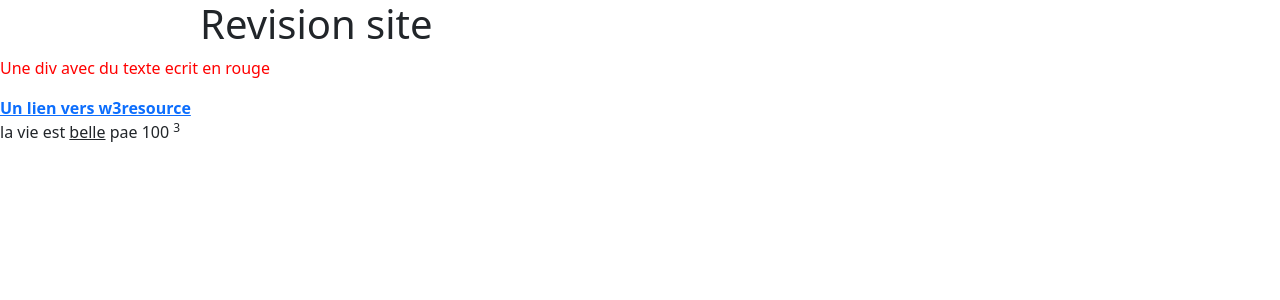
Repository: Elie-Dey/boot-start
Page: index.html
The author's editor kept a copy of each file at every save. The page is drawn from the files as they stood at one save, then again after the next save.
The browser window is 1280 px wide. The pictures show the whole page.

Above is the page before, as saved 2021-08-18 23:23:05.

### index.html
<!DOCTYPE html>
<html lang="en">
  <head>
    <meta charset="UTF-8" />
    <meta http-equiv="X-UA-Compatible" content="IE=edge" />
    <meta name="viewport" content="width=device-width, initial-scale=1.0" />
    <link rel="stylesheet" href="style.css" />
    <link
      href="https://cdn.jsdelivr.net/npm/bootstrap@5.1.0/dist/css/bootstrap.min.css"
      rel="stylesheet"
      integrity="sha384-KyZXEAg3QhqLMpG8r+8fhAXLRk2vvoC2f3B09zVXn8CA5QIVfZOJ3BCsw2P0p/We"
      crossorigin="anonymous"
    />
    <title>Revision html</title>
  </head>
  <body>
    <header><h1>Revision site</h1></header>
    <div><p style="color: red">Une div avec du texte ecrit en rouge</p></div>

    <a href="https://www.w3resource.com/html5/article-tutorial.php">
      Un lien vers w3resource</a
    >

    <p>la vie est <ins>belle</ins> pae 100 <sup>3</sup></p>
    <script
      src="https://cdn.jsdelivr.net/npm/bootstrap@5.1.0/dist/js/bootstrap.bundle.min.js"
      integrity="sha384-U1DAWAznBHeqEIlVSCgzq+c9gqGAJn5c/t99JyeKa9xxaYpSvHU5awsuZVVFIhvj"
      crossorigin="anonymous"
    ></script>
  </body>
</html>

### style.css
body{
    background-color:  coral;
}
a{
    font-weight: bold;
}
h1{
    padding: auto;
  margin-left: 200px;
}

After the next save:
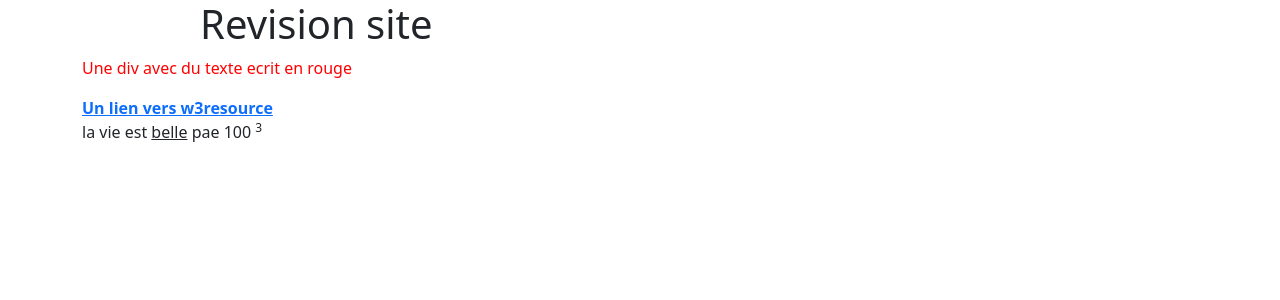
Saved 56 s later.
--- a/index.html
+++ b/index.html
@@ -15,13 +15,16 @@
   </head>
   <body>
     <header><h1>Revision site</h1></header>
-    <div><p style="color: red">Une div avec du texte ecrit en rouge</p></div>
+    <div class="container">
+      <div><p style="color: red">Une div avec du texte ecrit en rouge</p></div>
 
-    <a href="https://www.w3resource.com/html5/article-tutorial.php">
-      Un lien vers w3resource</a
-    >
+      <a href="https://www.w3resource.com/html5/article-tutorial.php">
+        Un lien vers w3resource</a
+      >
 
-    <p>la vie est <ins>belle</ins> pae 100 <sup>3</sup></p>
+      <p>la vie est <ins>belle</ins> pae 100 <sup>3</sup></p>
+    </div>
+
     <script
       src="https://cdn.jsdelivr.net/npm/bootstrap@5.1.0/dist/js/bootstrap.bundle.min.js"
       integrity="sha384-U1DAWAznBHeqEIlVSCgzq+c9gqGAJn5c/t99JyeKa9xxaYpSvHU5awsuZVVFIhvj"
